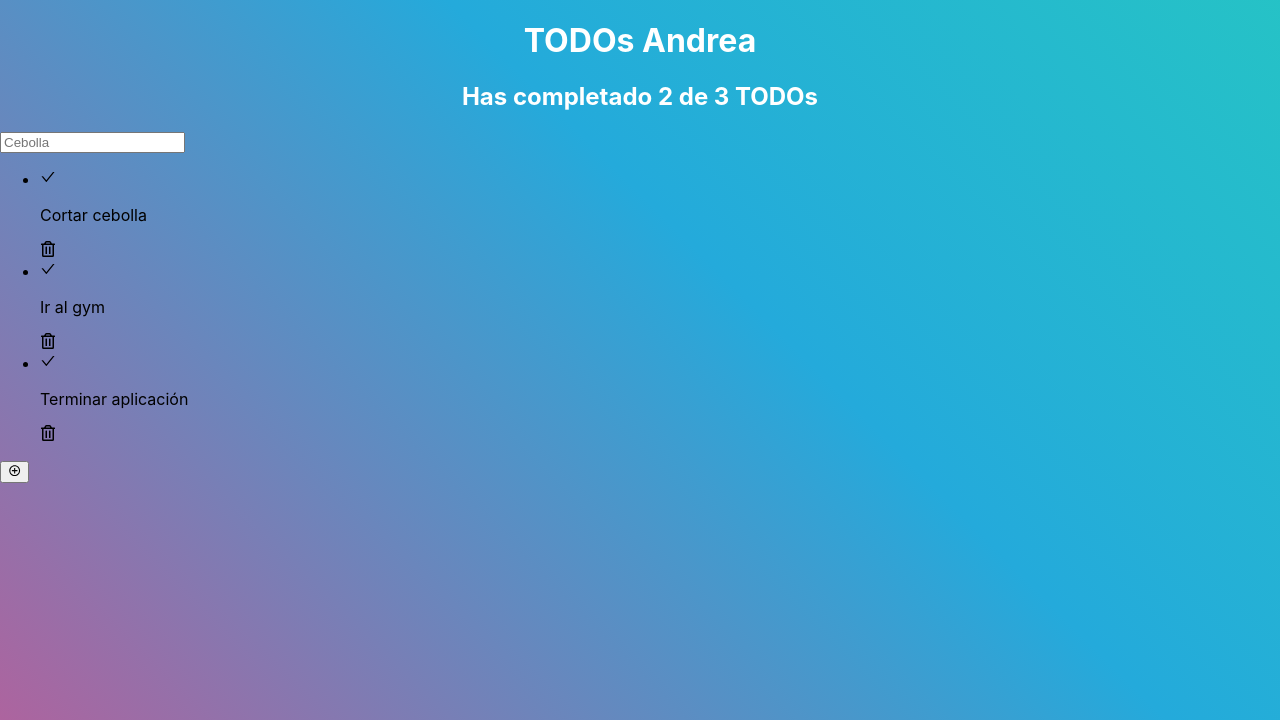
Repository: Pandrea-hub/TODOs
Page: /
An editor plug-in stored every save of this project. The page is shown before and after the next save, followed by the edit.
The browser window is 1280 px wide. The pictures show the whole page.
The project was rebuilt for these pictures with package versions that can differ from the ones it lists, and the page was loaded fresh each time. Also part of the build but not shown: src/TodoItem.css.

Above is the page before, as saved 2022-06-07 09:13:07.

After the next save:
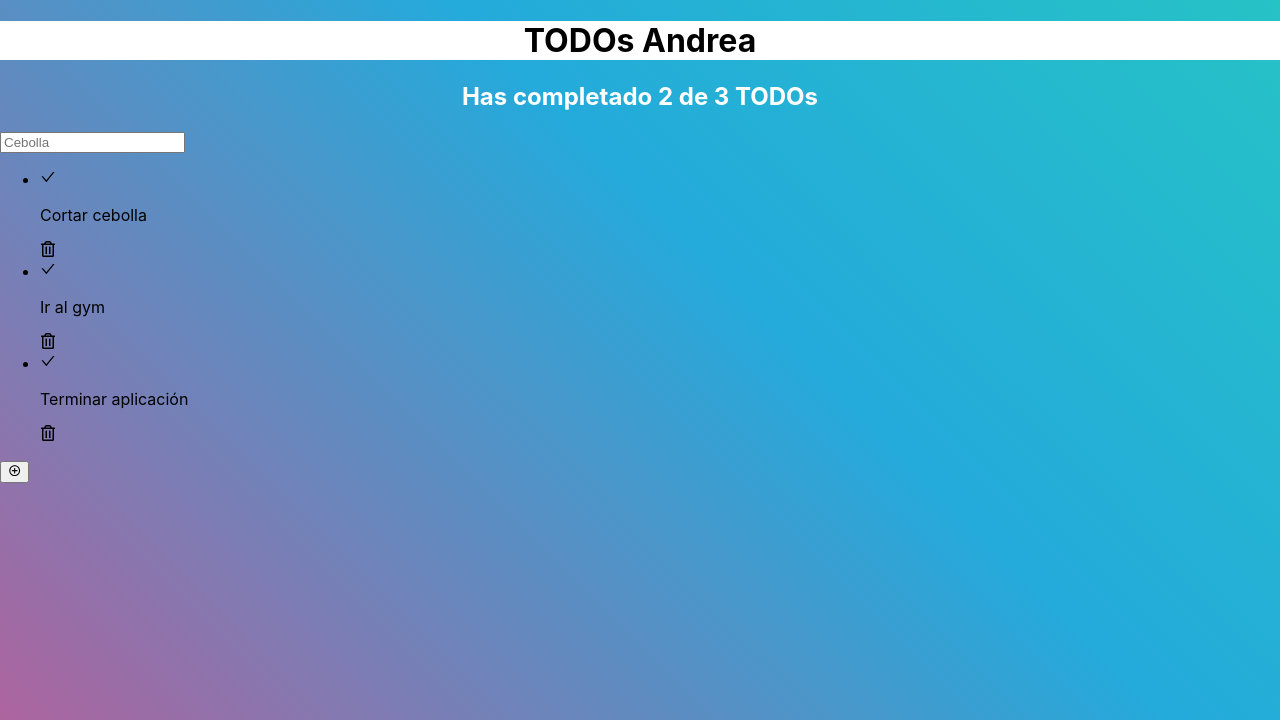
Saved 24 s later.
--- a/src/TodoCounter.css
+++ b/src/TodoCounter.css
@@ -2,3 +2,8 @@
     text-align: center;
     color:white;
 }
+
+.title h1{
+    color:black;
+    background-color:white;
+}
